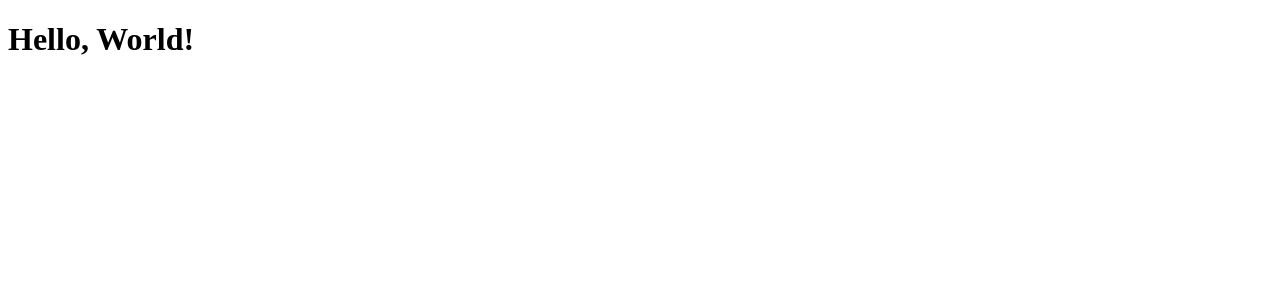
Repository: walidrashadx/Javascript_ES6
Page: index.html
The author's editor kept a copy of each file at every save. The page is drawn from the files as they stood at one save, then again after the next save.
The browser window is 1280 px wide. The pictures show the whole page.

Above is the page before, as saved 2025-09-13 16:59:03.
Console error: TypeError: Document.querySelector is not a function

After the next save:
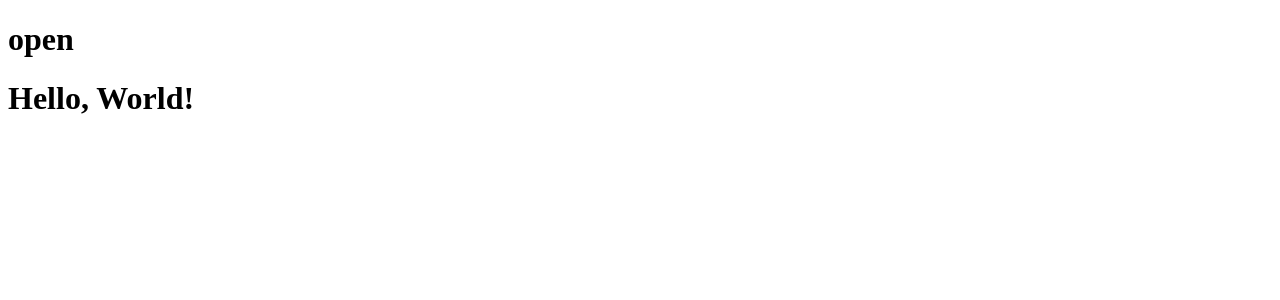
Saved 5 s later.
--- a/main.js
+++ b/main.js
@@ -11,4 +11,4 @@ console.log("Hello, World!");
 console.error("This is an error message");
 var name = "Alice";
 console.log('Hello, World! $name');
-hello.innerHTML = "";
+hello.innerHTML = "open";
